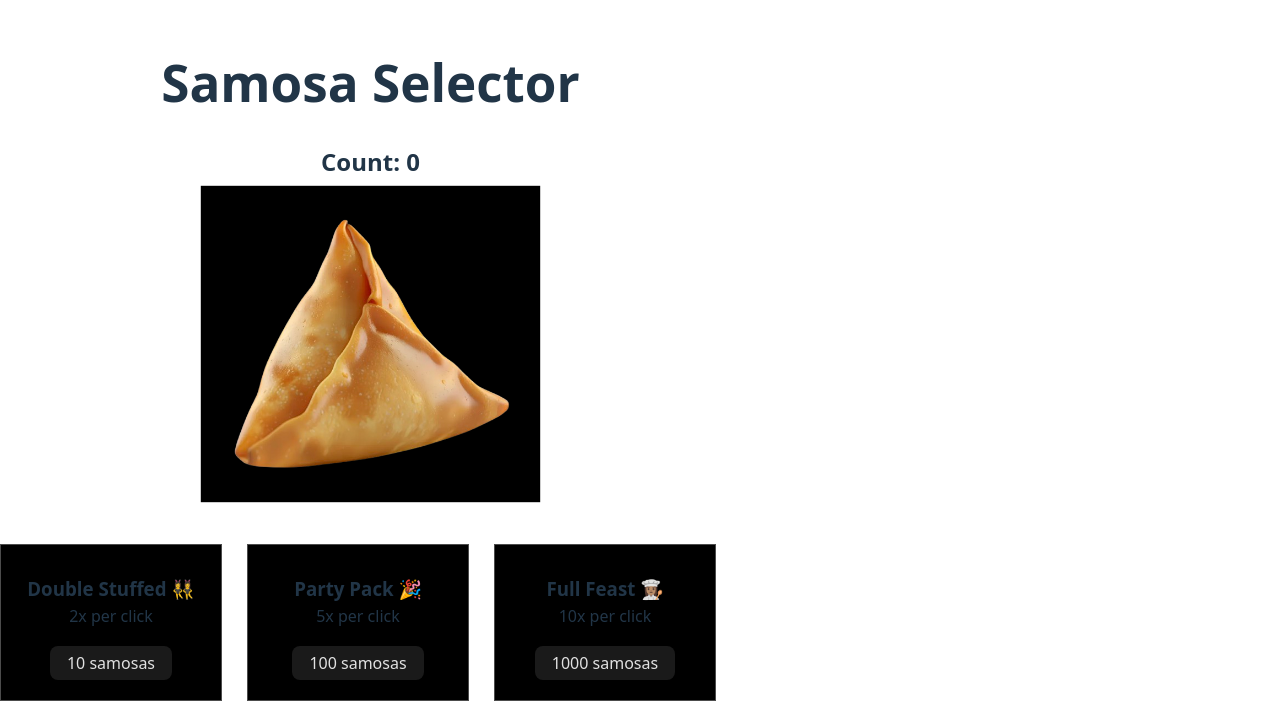
Repository: kvi1/Web102-Labs
Page: / (app in samosa-selector/)
The author's editor kept a copy of each file at every save. The page is drawn from the files as they stood at one save, then again after the next save.
The browser window is 1280 px wide. The pictures show the whole page.
The pointer rests on the first visible `.App .header .samosa`.
The project was rebuilt for these pictures with package versions that can differ from the ones it lists, and the page was loaded fresh each time. Also part of the build but not shown: samosa-selector/vite.config.js.

Above is the page before, as saved 2025-03-01 14:33:54.

### samosa-selector/src/App.jsx
import './App.css';
import React, {useState} from 'react'
import samosa from './samosa.png'

const App = () => {
  const [count, setCount] = useState(0);
  const [multiplier, setMultiplier] = useState(1);

  const updateCount = () =>{
    setCount(count + multiplier);
  }

  const buyDoubleStuffed = () => {
    if(count >= 10){
      setMultiplier(multiplier*2);
      setCount(count - 10);
    }
  }

  const buyPartyPack = () => {
    if(count >= 100){
      setMultiplier(multiplier*5);
      setCount(count - 100);
    }
  }

  const buyFullFeast = () => {
    if(count >= 1000){
      setMultiplier(multiplier*10);
      setCount(count - 1000);
    }
  }


  return(
    <div className = "App">
      <div className = "header">
        <h1>Samosa Selector</h1>
        <h2>Count: {count}</h2>
        <img className = "samosa" src = {samosa} onClick = {updateCount}></img>
      </div>
      <div className = "container">
        <div className = "upgrade">
          <h3>Double Stuffed 👯‍♀️</h3>
          <p>2x per click</p>
          <button onClick = {buyDoubleStuffed}>10 samosas</button>
        </div>

        <div className = "upgrade">
          <h3>Party Pack 🎉</h3>
          <p>5x per click</p>
          <button onClick = {buyPartyPack}>100 samosas</button>
        </div>

        <div className = "upgrade">
          <h3>Full Feast 👩🏽‍🍳</h3>
          <p>10x per click</p>
          <button onClick = {buyFullFeast}>1000 samosas</button>
        </div>

      </div>
    </div>
  )
}

export default App

### samosa-selector/src/App.css
.App{
  display:flex;
  flex-direction: column;
  align-items: center;
  justify-content: center;
  text-align: center;
}

.App .samosa{
  height: 15em;
  padding: 1.5em;
  margin: 0 auto;
  text-align: center;
  cursor: pointer;
}

.App .container{
  margin-top: 50px;
  display: flex;

}

.App .container .upgrade{
  border: 1px solid rgba(153, 153, 153, 0.497);
  padding-top: 20px;
  padding-bottom: 20px;
  padding-left: 10px;
  padding-right: 10px;
  margin-right: 25px;
  width: 200px;
  line-height: 0.5;
  background: black;

}

.App .container .upgrade button{
  border-radius: 8px;
  border: 1px solid transparent;
  padding-top: 0.3em;
  padding-bottom: 0.3em;
  padding-left: 1em;
  padding-right: 1em;
  font-size: 1em;
  font-family: inherit;
  font-weight: 500;
  background: #1a1a1a;
  color: rgba(255, 255, 255, 0.87);
  cursor: pointer;
  margin-top: 10px;
}

.App .container .upgrade button:hover{
  background:white;
  color:black;
}

.App .header .samosa:hover{
  cursor:pointer;
  transform: scale(1.1);
  background: black;

}

.App .header .samosa:active{
  transform: scale(0.95);

}

Loaded but not shown: samosa-selector/index.html (common file); samosa-selector/src/main.jsx (common file); samosa-selector/src/index.css (common file)

After the next save:
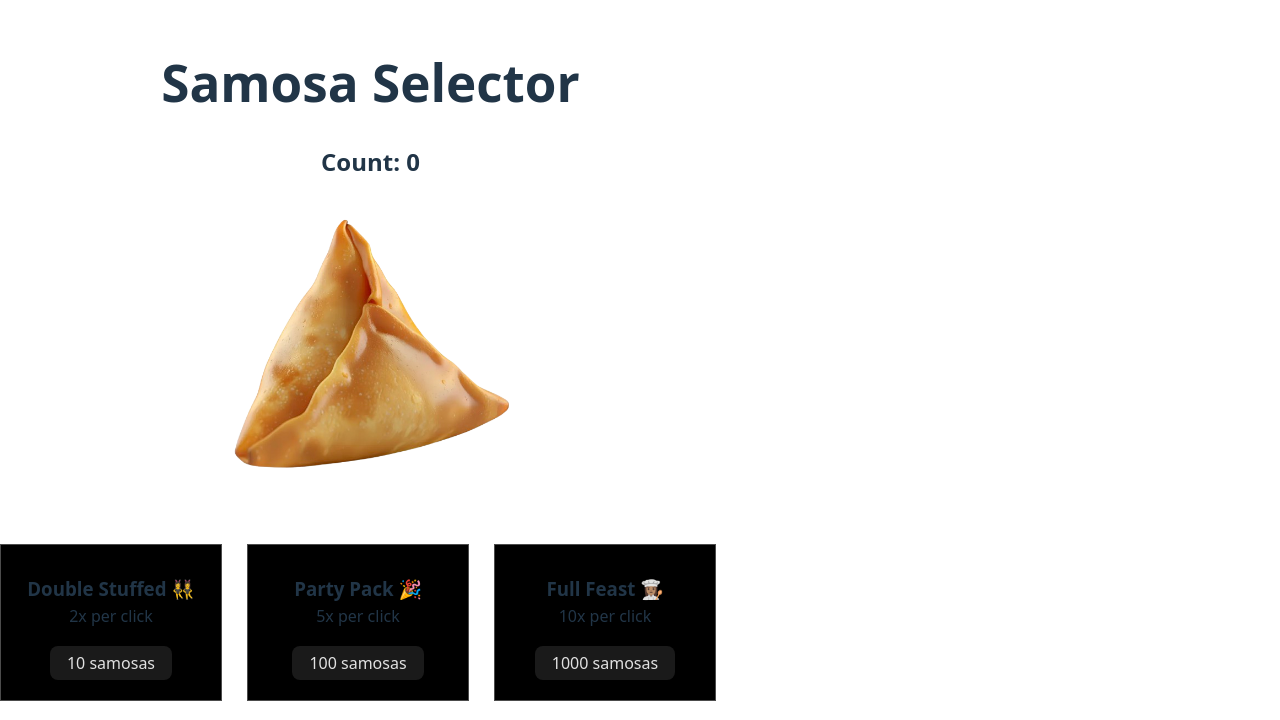
Saved 7 s later.
--- a/samosa-selector/src/App.css
+++ b/samosa-selector/src/App.css
@@ -57,7 +57,6 @@
 .App .header .samosa:hover{
   cursor:pointer;
   transform: scale(1.1);
-  background: black;
 
 }
 
